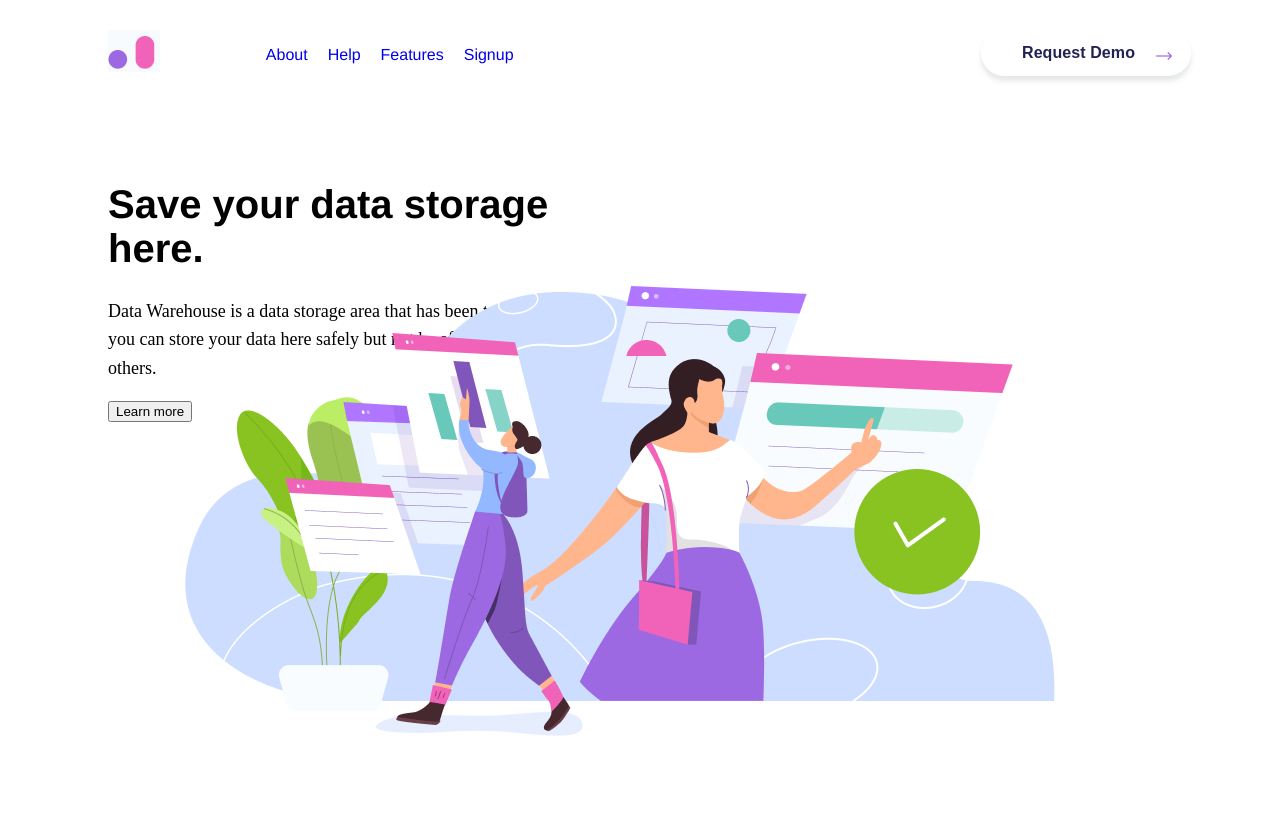
Repository: batonAnton/HW6_flexbox
Page: index.html
An editor plug-in stored every save of this project. The page is shown before and after the next save, followed by the edit.
The browser window is 1280 px wide. The pictures show the whole page.
Some web fonts or font styles are not loaded; a fallback is used.

Above is the page before, as saved 2022-06-17 17:34:53.

After the next save:
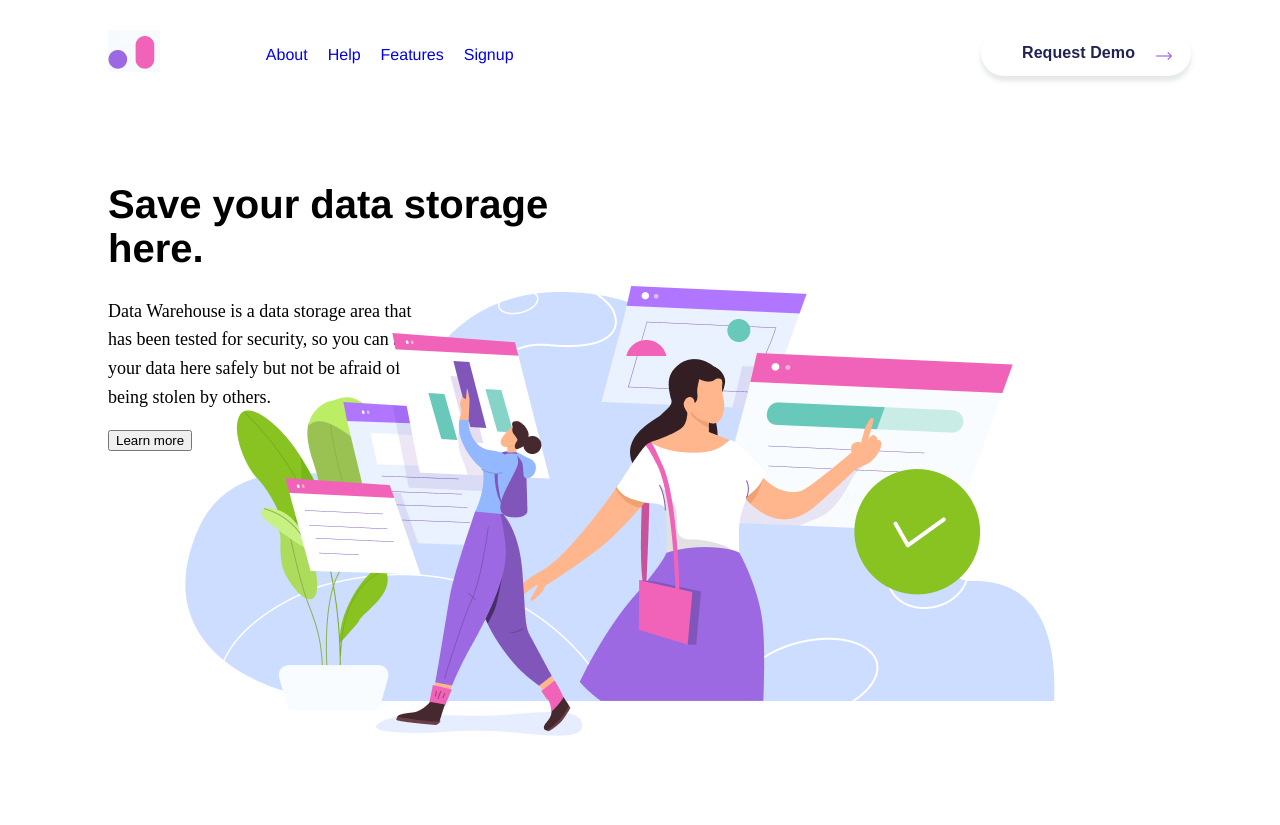
Saved 4 min 54 s later.
--- a/index.html
+++ b/index.html
@@ -44,9 +44,9 @@
     <div class="section">
         <div class="info">
             <h1>Save your data storage here.</h1>
-            <p>Data Warehouse is a data storage area that has been
-                tested for security, so you can store your data here
-                safely but not be afraid of being stolen by others.</p>
+            <p>Data Warehouse is a data storage area that <br>has been
+                tested for security, so you can store <br> your data here
+                safely but not be afraid of <br> being stolen by others.</p>
             <button>Learn more</button>
         </div>
 
